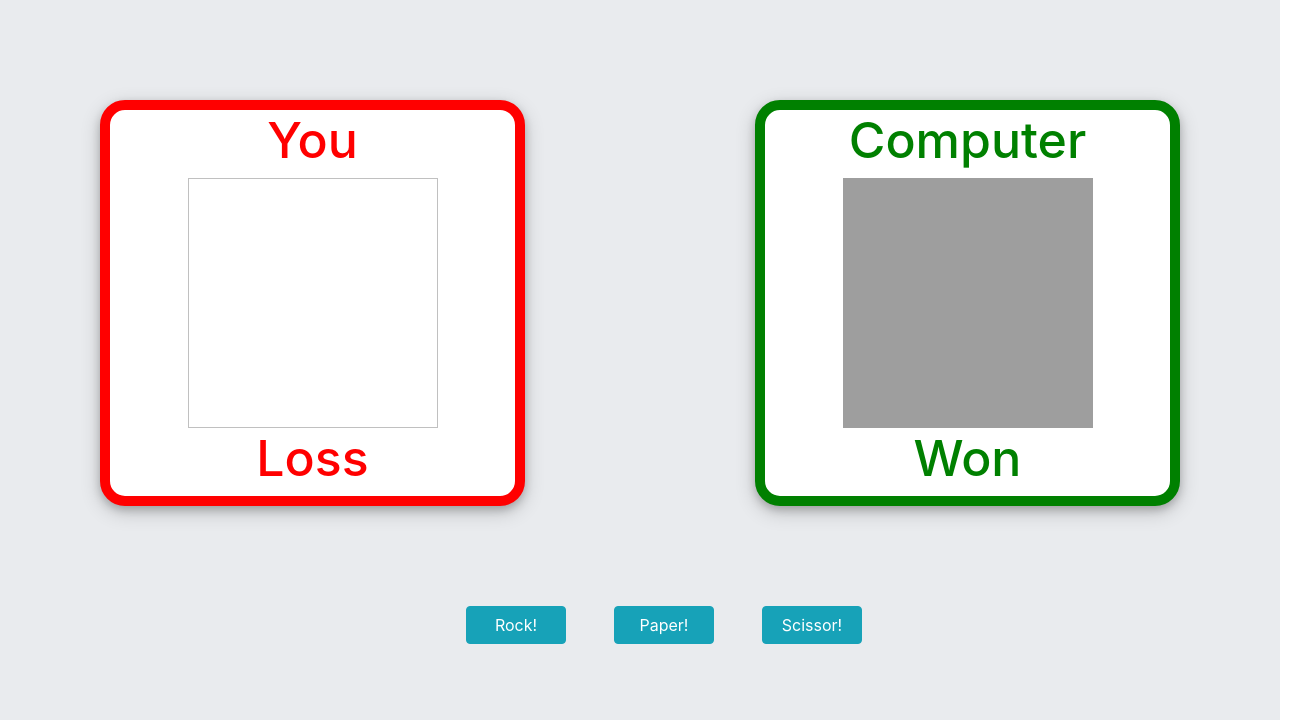
Repository: tts2610/React-Intro
Page: /
The author's editor kept a copy of each file at every save. The page is drawn from the files as they stood at one save, then again after the next save.
The browser window is 1280 px wide. The page is 1295 px wide, so the pictures cover 1295 px, including what lies to the right of the window. The pictures show the whole page.
Pictures or frames that could not be fetched are drawn as grey boxes. Some web libraries are served in a nearby version. The project was rebuilt for these pictures with package versions that can differ from the ones it lists, and the page was loaded fresh each time.

Above is the page before, as saved 2020-05-26 15:49:49.

### public/index.html
<!DOCTYPE html>
<html lang="en">

<head>
    <meta charset="utf-8" />
    <link rel="icon" href="%PUBLIC_URL%/favicon.ico" />
    <meta name="viewport" content="width=device-width, initial-scale=1" />
    <meta name="theme-color" content="#000000" />
    <meta name="description" content="Web site created using create-react-app" />
    <link rel="apple-touch-icon" href="%PUBLIC_URL%/logo192.png" />
    <!--
      manifest.json provides metadata used when your web app is installed on a
      user's mobile device or desktop. See https://developers.google.com/web/fundamentals/web-app-manifest/
    -->
    <link rel="manifest" href="%PUBLIC_URL%/manifest.json" />
    <!--
      Notice the use of %PUBLIC_URL% in the tags above.
      It will be replaced with the URL of the `public` folder during the build.
      Only files inside the `public` folder can be referenced from the HTML.

      Unlike "/favicon.ico" or "favicon.ico", "%PUBLIC_URL%/favicon.ico" will
      work correctly both with client-side routing and a non-root public URL.
      Learn how to configure a non-root public URL by running `npm run build`.
    -->
    <title>React App</title>
    <link rel="stylesheet" href="https://maxcdn.bootstrapcdn.com/bootstrap/4.0.0/css/bootstrap.min.css" integrity="sha384-Gn5384xqQ1aoWXA+058RXPxPg6fy4IWvTNh0E263XmFcJlSAwiGgFAW/dAiS6JXm" crossorigin="anonymous">
</head>

<body>
    <noscript>You need to enable JavaScript to run this app.</noscript>
    <div id="root"></div>
    <!--
      This HTML file is a template.
      If you open it directly in the browser, you will see an empty page.

      You can add webfonts, meta tags, or analytics to this file.
      The build step will place the bundled scripts into the <body> tag.

      To begin the development, run `npm start` or `yarn start`.
      To create a production bundle, use `npm run build` or `yarn build`.
    -->
    <script src="https://code.jquery.com/jquery-3.2.1.slim.min.js" integrity="sha384-KJ3o2DKtIkvYIK3UENzmM7KCkRr/rE9/Qpg6aAZGJwFDMVNA/GpGFF93hXpG5KkN" crossorigin="anonymous"></script>
    <script src="https://cdnjs.cloudflare.com/ajax/libs/popper.js/1.12.9/umd/popper.min.js" integrity="sha384-ApNbgh9B+Y1QKtv3Rn7W3mgPxhU9K/ScQsAP7hUibX39j7fakFPskvXusvfa0b4Q" crossorigin="anonymous"></script>
    <script src="https://maxcdn.bootstrapcdn.com/bootstrap/4.0.0/js/bootstrap.min.js" integrity="sha384-JZR6Spejh4U02d8jOt6vLEHfe/JQGiRRSQQxSfFWpi1MquVdAyjUar5+76PVCmYl" crossorigin="anonymous"></script>
</body>

</html>

### src/App.js
import React , { useState } from 'react';
import './App.css';
import ChoiceCard from './components/ChoiceCard';

const choices = {
  rock:
    "https://opengameart.org/sites/default/files/forum-attachments/very%20simple%20rock_0.png",
  paper: "http://pngimagesfree.com/Paper/Thumb/blank-note-paper-free-clipa.png",
  scissor: "http://www.pngmart.com/files/1/Scissors-PNG-Pic.png"
};

function App() {
  const [choiceDic,setChoice] = useState({})
  return (
    <div className="App">
      <div className="row">
        <div className="col-6">
            <ChoiceCard title="You" winner={choiceDic.winner} imgURL={choiceDic.imgURL} />
        </div>
        <div className="col-6">
            <ChoiceCard title="Computer" winner={1} imgURL={choices.paper} />
        </div>
      </div>

      <div className="row rowOfButtons">
      <button type="button" className="btn btn-info ml-5" onClick={()=>setChoice({winner:1,imgURL:choices.rock})}>Rock!</button>
      <button type="button" className="btn btn-info ml-5" onClick={()=>setChoice({winner:1,imgURL:choices.paper})}>Paper!</button>
      <button type="button" className="btn btn-info ml-5" onClick={()=>setChoice({winner:1,imgURL:choices.scissor})}>Scissor!</button>
      </div>
    </div>
  );
}

export default App;

### src/App.css
.App {
    min-height: 100vh;
    text-align: center;
    background-color: #e9ebee;
}

.rowOfButtons {
    display: flex;
    justify-content: center;
}

.rowOfButtons button {
    width: 100px;
}

.choice-card {
    flex: 1;
    display: flex;
    margin: 100px;
    font-size: 3em;
    padding: 0 40px;
    font-weight: 300;
    text-align: center;
    border-radius: 25px;
    flex-direction: column;
    align-items: center;
    border: 1px solid black;
    background-color: white;
    justify-content: space-around;
    box-shadow: 0 4px 8px 0 rgba(0, 0, 0, 0.2), 0 6px 20px 0 rgba(0, 0, 0, 0.19);
}

img {
    width: 250px;
    height: 250px;
}

h1 {
    font-size: 50px;
}

.winner {
    color: green;
    border: 10px solid green;
}

.loser {
    color: red;
    border: 10px solid red;
}

### src/components/ChoiceCard.js
import React from 'react'

export default class ChoiceCard extends React.Component {
    constructor(props){
        alert(props.imgURL);
        super(props);
        this.state = {winner:props.winner,title:props.title,imgURL:props.imgURL}
    }
    render(){
        return (<div className={`choice-card ${this.state.winner ? 'winner' : 'loser'}`}>
        <h1>{this.state.title}</h1>
        <img src={this.state.imgURL} alt={this.state.imgURL}/>
        <h1>{this.state.winner ? 'Won' : 'Loss'}</h1>
    </div>)
    }




}

Loaded but not shown: src/index.js (common file); src/index.css (common file); src/serviceWorker.js (common file)

After the next save:
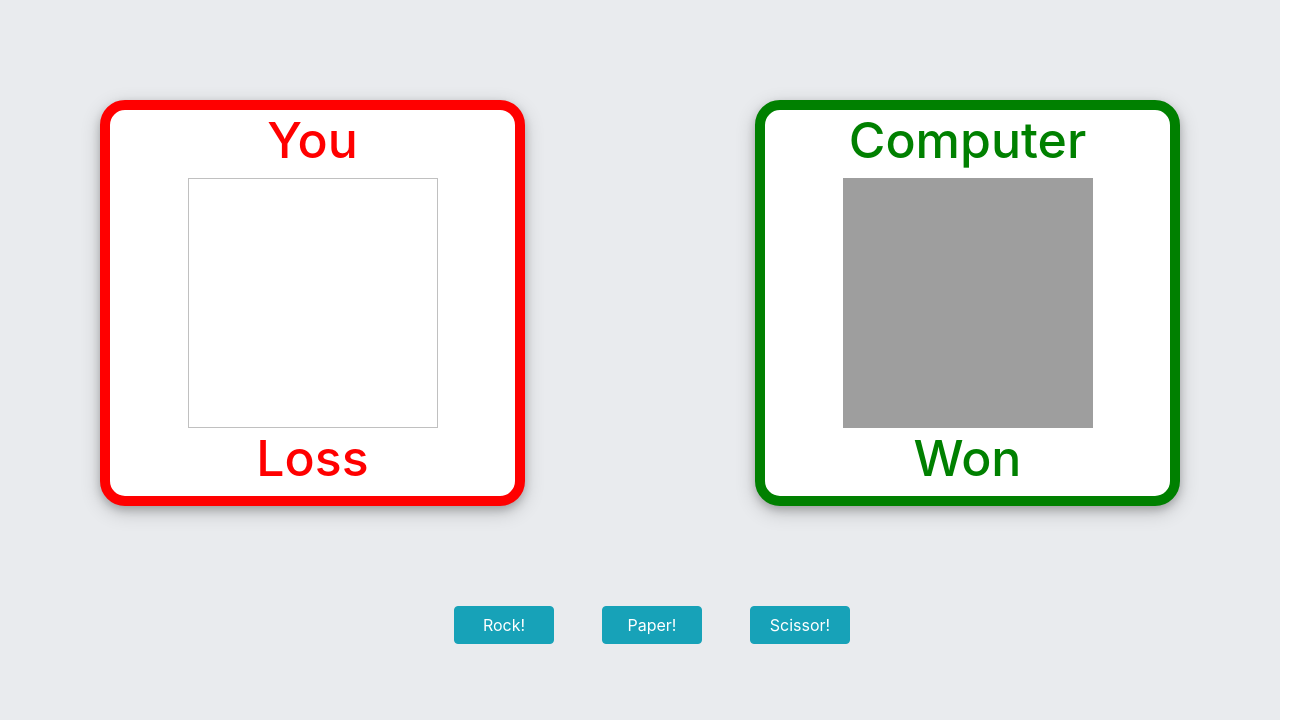
Saved 4 min 16 s later.
--- a/src/App.js
+++ b/src/App.js
@@ -23,7 +23,7 @@
       </div>
 
       <div className="row rowOfButtons">
-      <button type="button" className="btn btn-info ml-5" onClick={()=>setChoice({winner:1,imgURL:choices.rock})}>Rock!</button>
+      <button type="button" className="btn btn-info ml-4" onClick={()=>setChoice({winner:1,imgURL:choices.rock})}>Rock!</button>
       <button type="button" className="btn btn-info ml-5" onClick={()=>setChoice({winner:1,imgURL:choices.paper})}>Paper!</button>
       <button type="button" className="btn btn-info ml-5" onClick={()=>setChoice({winner:1,imgURL:choices.scissor})}>Scissor!</button>
       </div>

After the save that followed:
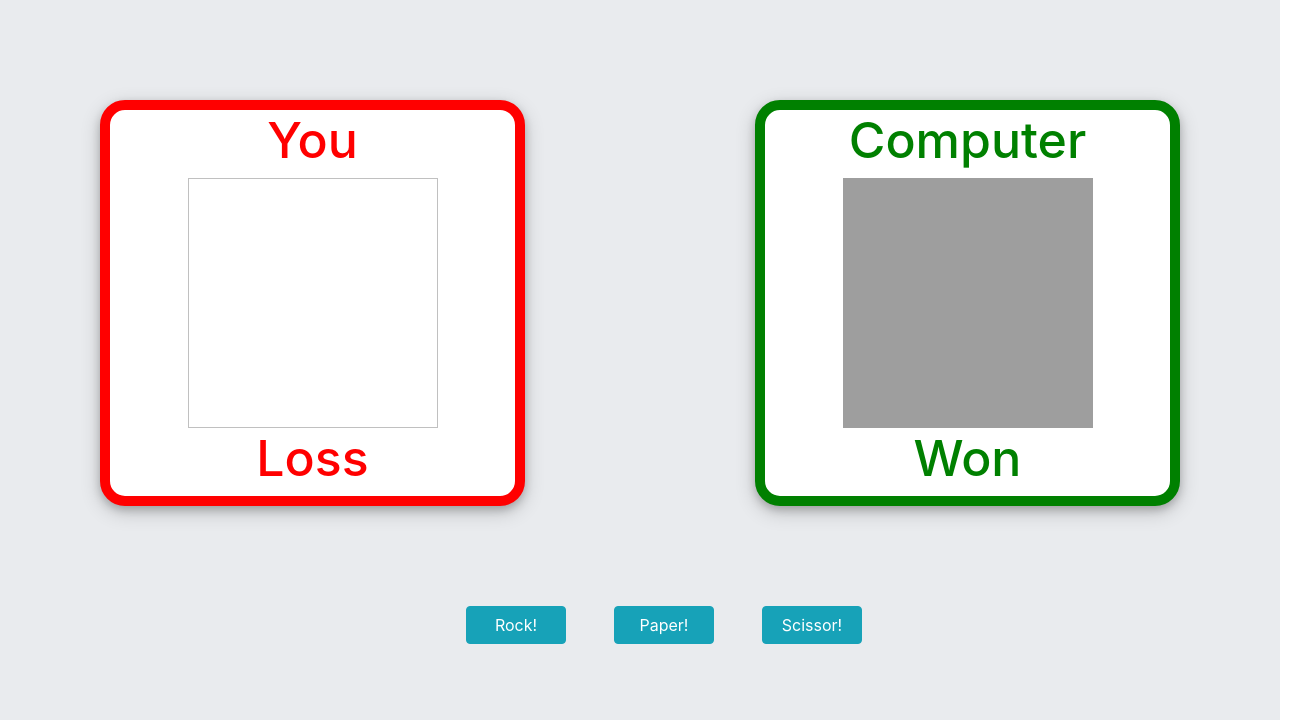
Saved 10 s later.
--- a/src/App.js
+++ b/src/App.js
@@ -23,7 +23,7 @@
       </div>
 
       <div className="row rowOfButtons">
-      <button type="button" className="btn btn-info ml-4" onClick={()=>setChoice({winner:1,imgURL:choices.rock})}>Rock!</button>
+      <button type="button" className="btn btn-info ml-5" onClick={()=>setChoice({winner:1,imgURL:choices.rock})}>Rock!</button>
       <button type="button" className="btn btn-info ml-5" onClick={()=>setChoice({winner:1,imgURL:choices.paper})}>Paper!</button>
       <button type="button" className="btn btn-info ml-5" onClick={()=>setChoice({winner:1,imgURL:choices.scissor})}>Scissor!</button>
       </div>
